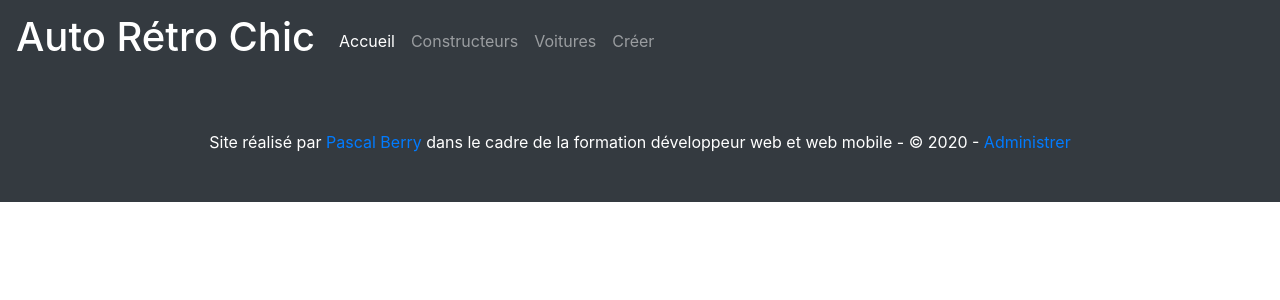
Repository: pascal-berry79/TP-JOB-IT
Page: templates/accueil/index.html.twig
These files come from the project's save history. The page is drawn as it stood at one moment and after the next save; the edit follows.
The browser window is 1280 px wide. The pictures show the whole page.
Some web fonts or font styles are not loaded; a fallback is used. The page is a Twig template of a Symfony application; nobody is signed in and links lead nowhere. The template is opened directly, without the code that normally fills it, so the values that code supplies are empty.

Above is the page before, as saved 2020-11-24 16:46:31.

### templates/accueil/index.html.twig
{% extends 'base.html.twig' %}

{% block title %}Job It - Accueil{% endblock %}

{% block body %}

{% endblock %}

### templates/base.html.twig
<!DOCTYPE html>
<html>
    <head>
        <title>{% block title %}{% endblock %}</title>

        <!-- Required meta tags -->
        <meta charset="UTF-8">
        <meta name="viewport" content="width=device-width, initial-scale=1, shrink-to-fit=no">

        <!-- Bootstrap CSS -->
        <link rel="stylesheet" href="https://stackpath.bootstrapcdn.com/bootstrap/4.3.1/css/bootstrap.min.css" integrity="sha384-ggOyR0iXCbMQv3Xipma34MD+dH/1fQ784/j6cY/iJTQUOhcWr7x9JvoRxT2MZw1T" crossorigin="anonymous">

        <!-- Google fonts -->
        <link rel="preconnect" href="https://fonts.gstatic.com"><link href="https://fonts.googleapis.com/css2?family=Monoton&display=swap" rel="stylesheet">
        {% block stylesheets %}
            <!-- Style CSS -->
            <link rel="stylesheet" href="{{ asset('css/style.css') }}">
        {% endblock %}
    </head>
    <body>

        <!-- Header -->
        <header>
            <nav class="navbar navbar-expand-md navbar-dark bg-dark">
                <a class="navbar-brand" href="/"><h1>Auto Rétro Chic</h1></a>
                <button class="navbar-toggler" type="button" data-toggle="collapse" data-target="#navbarsExample04" aria-controls="navbarsExample04" aria-expanded="false" aria-label="Toggle navigation">
                    <span class="navbar-toggler-icon"></span>
                </button>

                <div class="collapse navbar-collapse" id="navbarsExample04">
                    <ul class="navbar-nav mr-auto">
                    <li class="nav-item active">
                        <a class="nav-link" href="/">Accueil <span class="sr-only">(current)</span></a>
                    </li>
                    <li class="nav-item">
                        <a class="nav-link" href="/constructeurs">Constructeurs</a>
                    </li>
                    <li class="nav-item">
                        <a class="nav-link" href="/voitures">Voitures</a>
                    </li>
                    <li class="nav-item">
                        <a class="nav-link" href="/voitures/create">Créer</a>
                    </li>
                </div>
            </nav>
        </header>

        <!-- Main -->
        <main>
            <!-- Body content -->
            {% block body %}{% endblock %}
        </main>

        <!-- Footer -->
        <footer class="text-center bg-dark text-white p-5">
            <p class="m-0 p-small">Site réalisé par <a href="https://pascalberry.com">Pascal Berry</a> dans le cadre de la formation développeur web et web mobile - © 2020 - <a href="/admin">Administrer</a></p>
        </footer>

        <!-- Optional JavaScript -->
        <!-- jQuery first, then Popper.js, then Bootstrap JS -->
        <script src="https://code.jquery.com/jquery-3.3.1.slim.min.js" integrity="sha384-q8i/X+965DzO0rT7abK41JStQIAqVgRVzpbzo5smXKp4YfRvH+8abtTE1Pi6jizo" crossorigin="anonymous"></script>
        <script src="https://cdnjs.cloudflare.com/ajax/libs/popper.js/1.14.7/umd/popper.min.js" integrity="sha384-UO2eT0CpHqdSJQ6hJty5KVphtPhzWj9WO1clHTMGa3JDZwrnQq4sF86dIHNDz0W1" crossorigin="anonymous"></script>
        <script src="https://stackpath.bootstrapcdn.com/bootstrap/4.3.1/js/bootstrap.min.js" integrity="sha384-JjSmVgyd0p3pXB1rRibZUAYoIIy6OrQ6VrjIEaFf/nJGzIxFDsf4x0xIM+B07jRM" crossorigin="anonymous"></script>

        {% block javascripts %}{% endblock %}
    </body>
</html>

### public/css/style.css
/*
   Author: Pascal Berry
   Description: Master CSS file
*/

/*****************************************
Table Of Contents:

01. General Styles
0. Media Queries
******************************************/

/*****************************************
Colors:

- Background - White #FFFFFF
- Polices - Black #000000
******************************************/

/*****************************************/
/* 01. General Styles                    */
/*****************************************/

/*****************************************/
/* 0. Media Queries                      */
/*****************************************/
/* Tablet 768px **************************/
@media (min-width: 768px) {

}

/* Laptop 1024px *************************/
@media (min-width: 1024px) {

}

/* Laptop L 1440px ***********************/
@media (min-width: 1440px) {

}

After the next save:
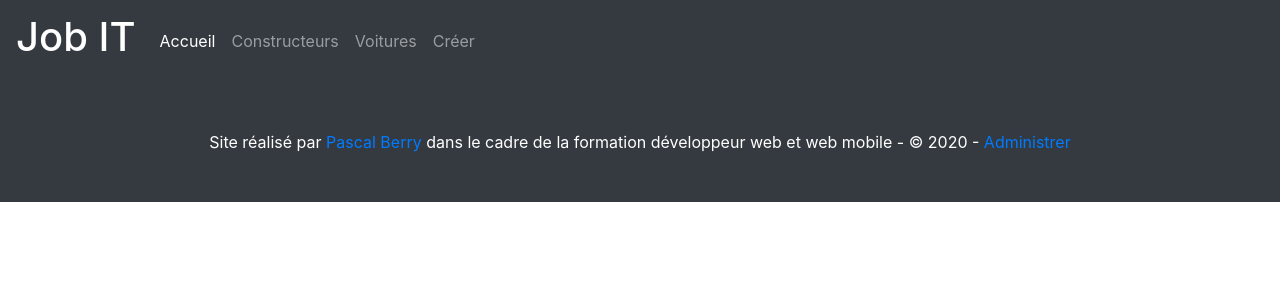
Saved 23 s later.
--- a/templates/base.html.twig
+++ b/templates/base.html.twig
@@ -22,7 +22,7 @@
         <!-- Header -->
         <header>
             <nav class="navbar navbar-expand-md navbar-dark bg-dark">
-                <a class="navbar-brand" href="/"><h1>Auto Rétro Chic</h1></a>
+                <a class="navbar-brand" href="/"><h1>Job IT</h1></a>
                 <button class="navbar-toggler" type="button" data-toggle="collapse" data-target="#navbarsExample04" aria-controls="navbarsExample04" aria-expanded="false" aria-label="Toggle navigation">
                     <span class="navbar-toggler-icon"></span>
                 </button>
